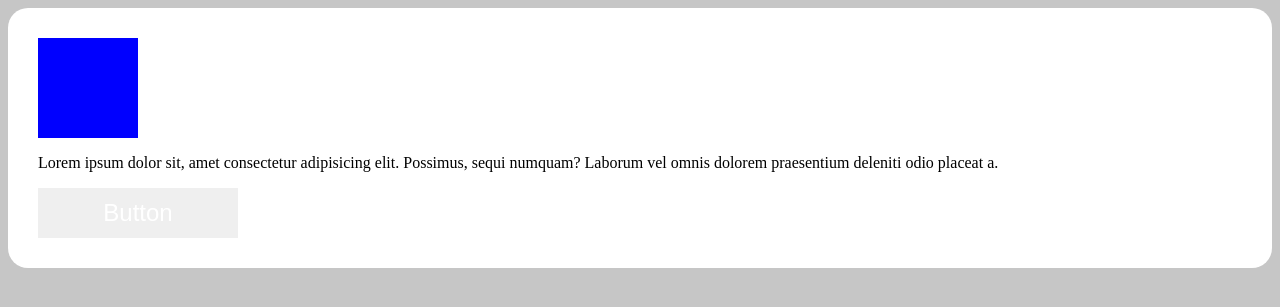
Repository: sparrowkg/TeamWork
Page: index.html
The author's editor kept a copy of each file at every save. The page is drawn from the files as they stood at one save, then again after the next save.
The browser window is 1280 px wide. The pictures show the whole page.

Above is the page before, as saved 2024-02-08 12:53:57.

After the next save:
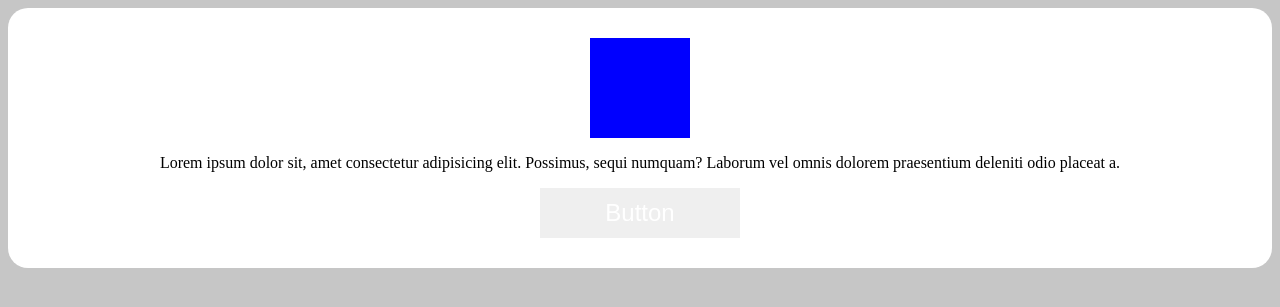
Saved 4 s later.
--- a/style.css
+++ b/style.css
@@ -9,7 +9,7 @@ body {
     border-radius: 20px;
     display: flex;
     flex-direction: column;
-    align-items: ;
+    align-items: center;
 }
 .pic {
     width: 100px;
